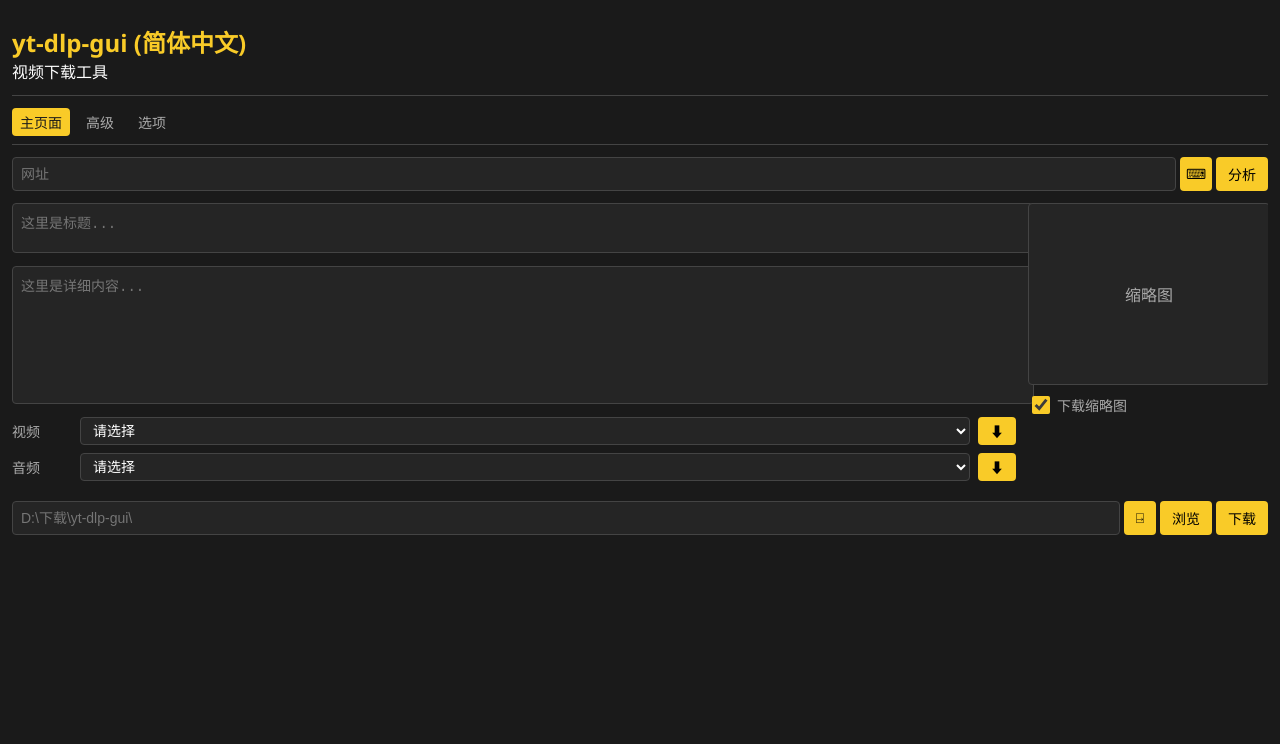
Repository: zArvin6808/yt-TubeSaver
Page: index.html
An editor plug-in stored every save of this project. The page is shown before and after the next save, followed by the edit.
The browser window is 1280 px wide. The pictures show the whole page.

Above is the page before, as saved 2025-06-07 17:41:03.
Console error: TypeError: Cannot read properties of null (reading 'classList')

After the next save:
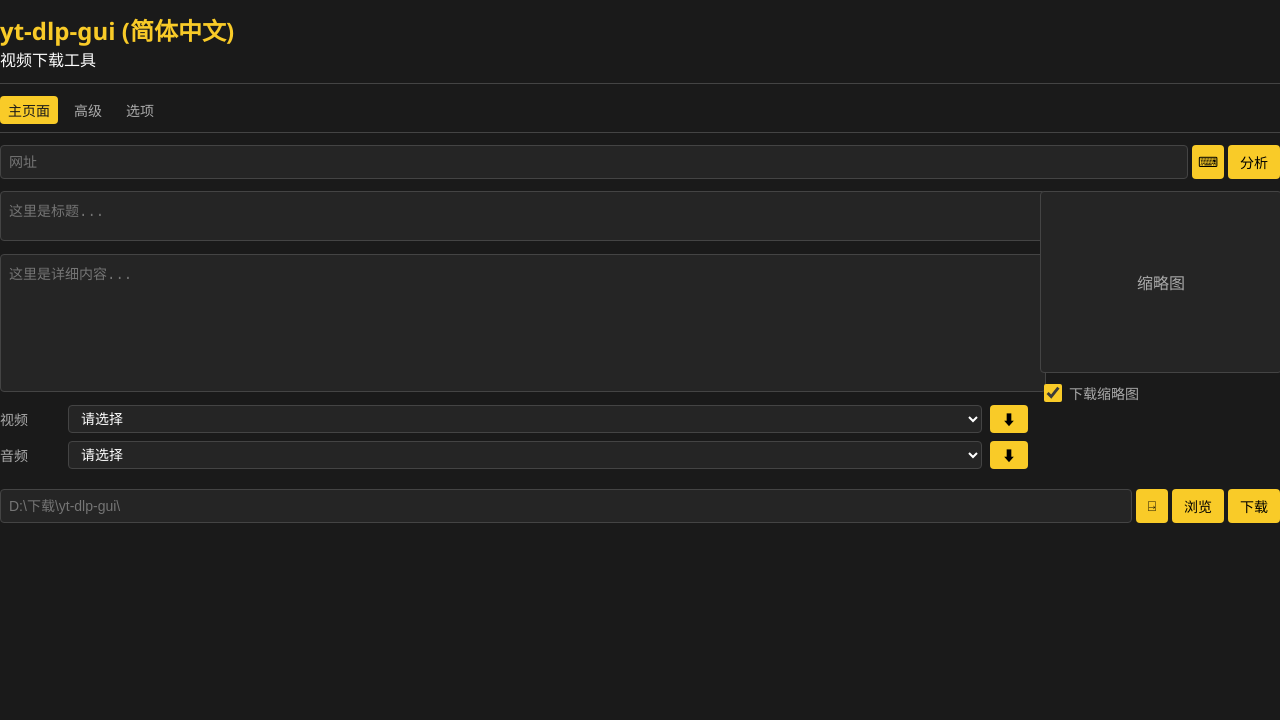
Saved 104 s later.
--- a/style.css
+++ b/style.css
@@ -20,8 +20,15 @@
   background-color: var(--bg-dark);
   color: var(--text-primary);
   margin: 0;
+  padding: 0;
+  min-height: 100vh;
+}
+
+/* 主容器 */
+.container {
+  max-width: 1200px;
+  margin: 0 auto;
   padding: var(--space-3);
-  min-height: 100vh;
 }
 
 /* 应用头部 */
